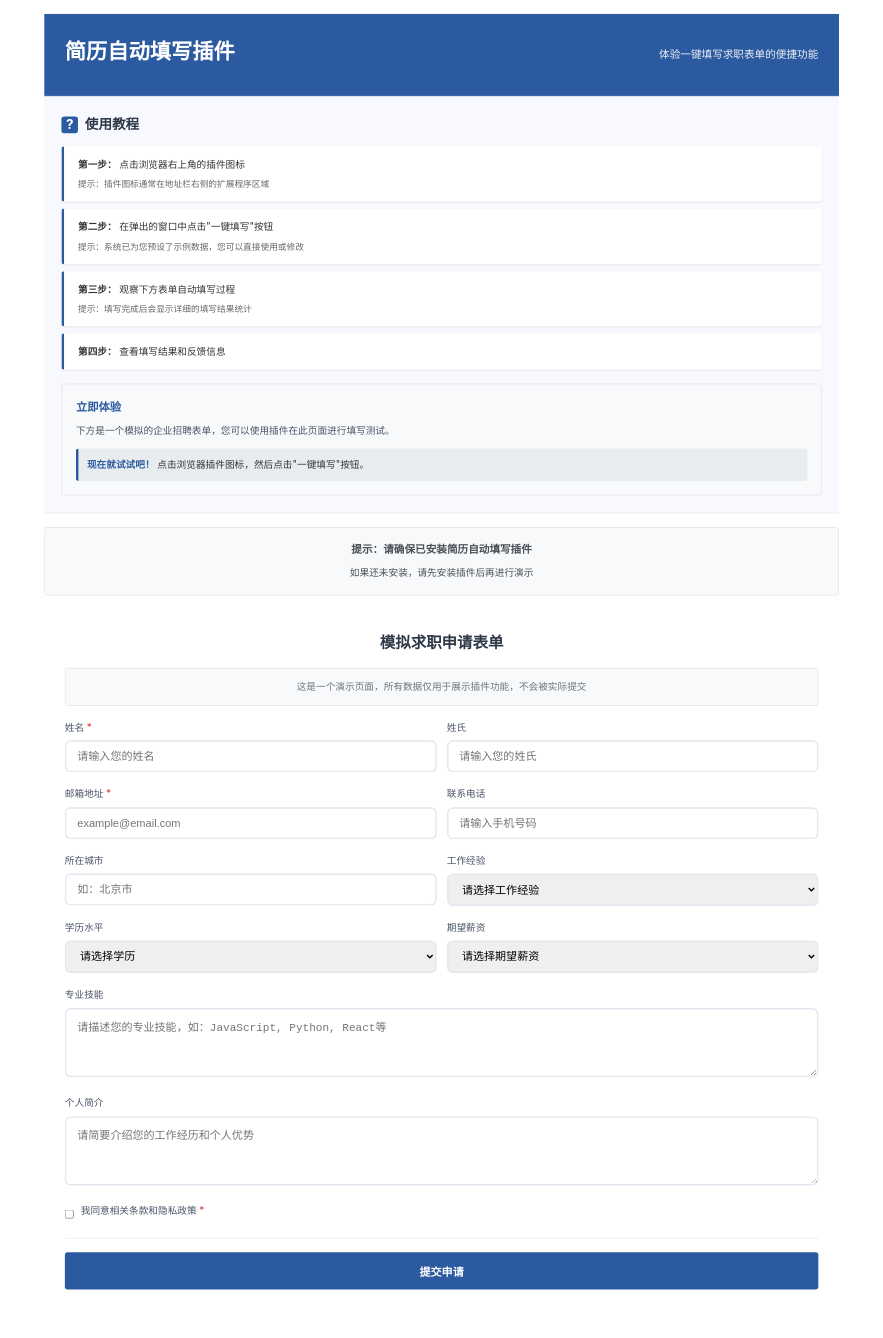
Repository: Zion74/jiancareer-chrome-main-zhn
Page: public/mock-form.html
These files come from the project's save history. The page is drawn as it stood at one moment and after the next save; the edit follows.
The browser window is 1280 px wide. The pictures show the whole page, at 69% of full size.

Above is the page before, as saved 2025-09-09 22:26:33.

After the next save:
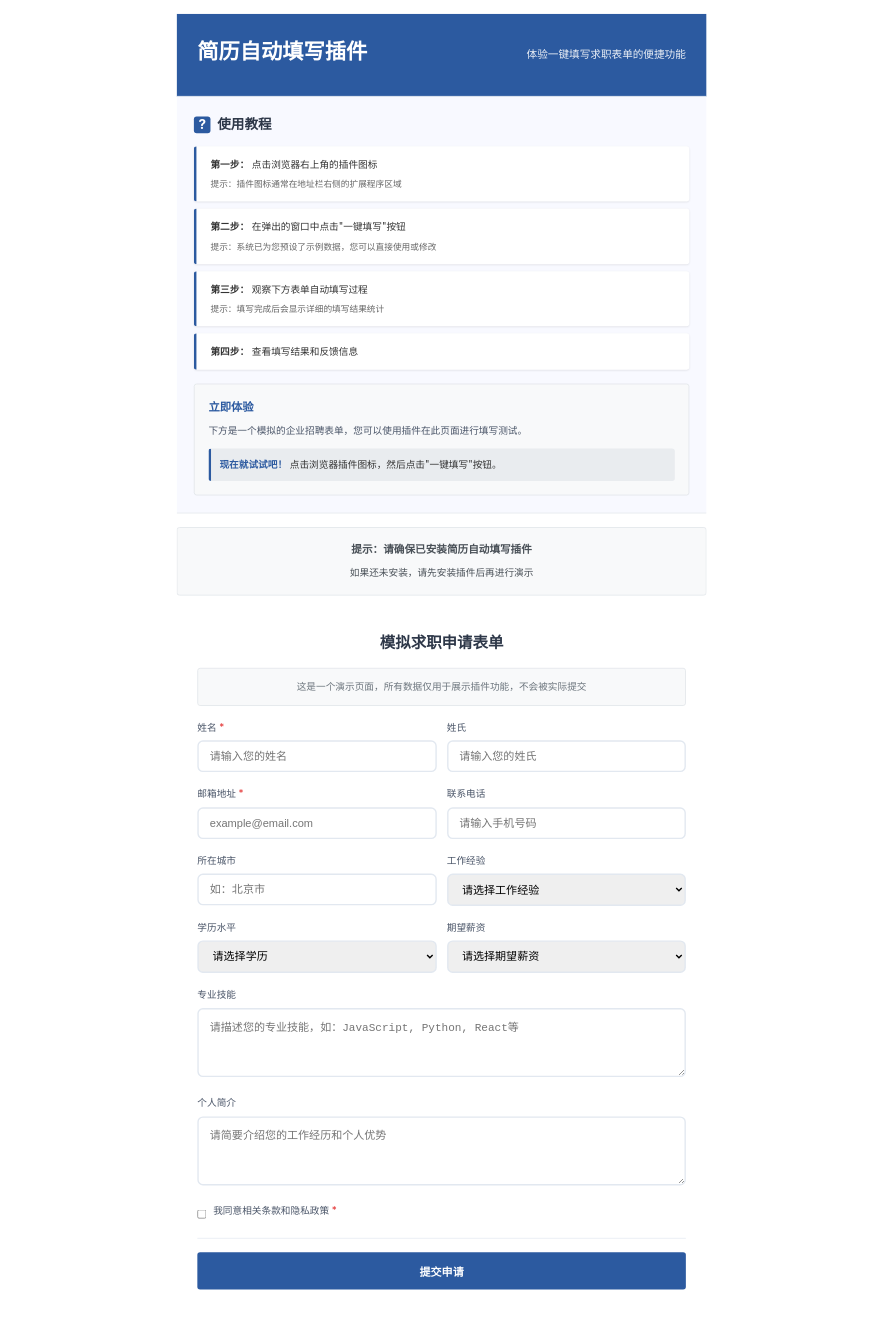
Saved 42 s later.
--- a/public/mock-form.html
+++ b/public/mock-form.html
@@ -19,7 +19,7 @@
         }
 
         .container {
-            width: 90%;
+            width: 60%;
             max-width: 1200px;
             margin: 20px auto;
             background: white;
